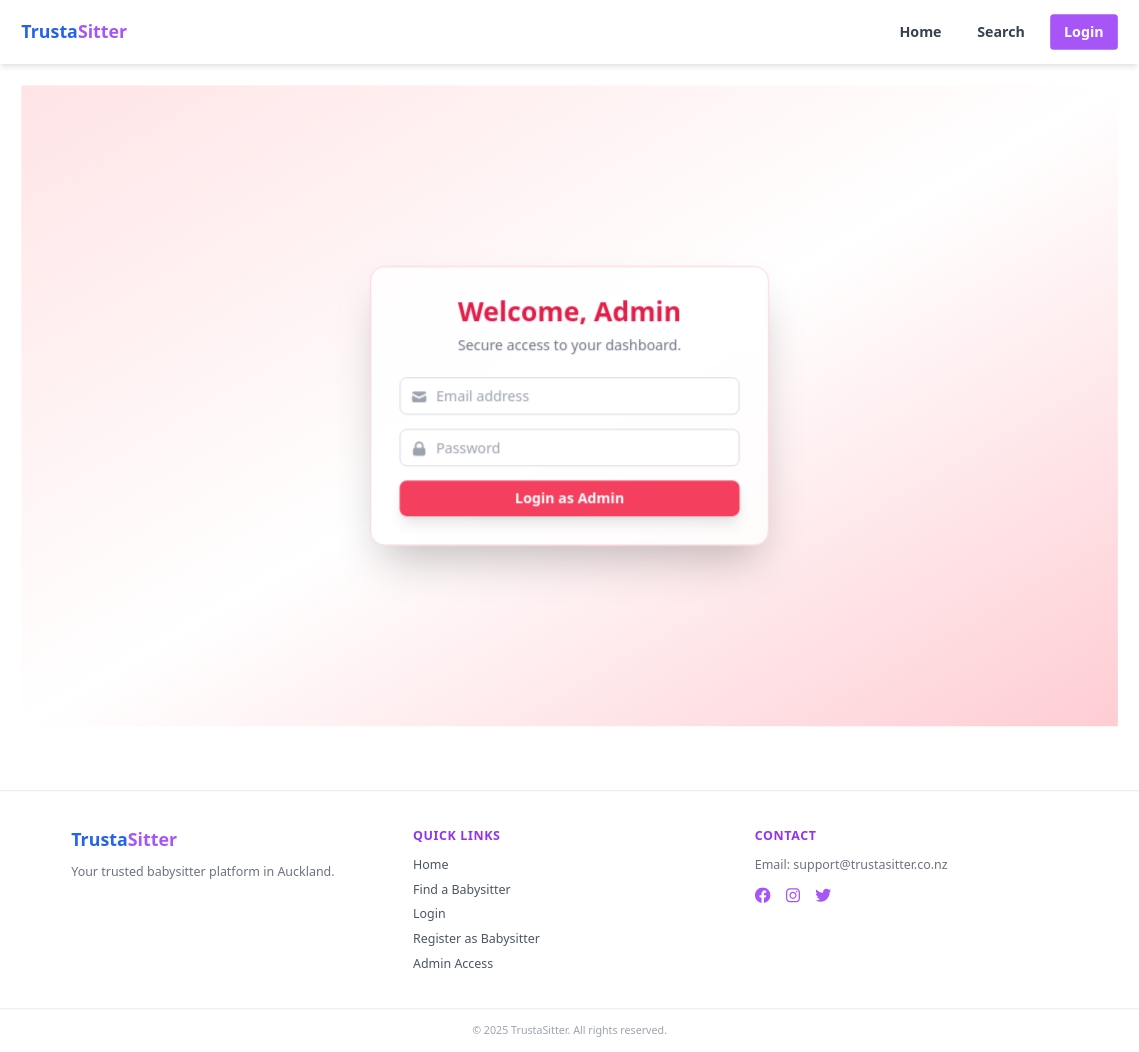
Repository: LargeWC-Code/TrustaSitter
Page: /admin-login (app in trustasitter-frontend/)
An editor plug-in stored every save of this project. The page is shown before and after the next save, followed by the edit.
The browser window is 1280 px wide. The pictures show the whole page, at 89% of full size.
The project was rebuilt for these pictures with package versions that can differ from the ones it lists, and the page was loaded fresh each time. A package was used in the major version that the imports need, not the one package.json lists. Also part of the build but not shown: trustasitter-frontend/vite.config.js, trustasitter-frontend/src/pages/Home.jsx, trustasitter-frontend/src/pages/Search.jsx, trustasitter-frontend/src/services/api.js, trustasitter-frontend/src/pages/Login.jsx, trustasitter-frontend/src/pages/Bookings.jsx, trustasitter-frontend/src/pages/ChooseRole.jsx, trustasitter-frontend/src/pages/RegisterBabysitter.jsx and 7 more.

Above is the page before, as saved 2025-07-03 17:01:03.

### trustasitter-frontend/index.html
<!doctype html>
<html lang="en">
  <head>
    <meta charset="UTF-8" />
    <link rel="icon" type="image/png" href="/image.png" />
    <meta name="viewport" content="width=device-width, initial-scale=1.0" />
    <title>TrustaSitter</title>
  </head>
  <body>
    <div id="root"></div>
    <script type="module" src="/src/main.jsx"></script>
  </body>
</html>

### trustasitter-frontend/src/main.jsx
import React from 'react';
import ReactDOM from 'react-dom/client';
import App from './App';
import './index.css'; // Importing global styles
import { BrowserRouter } from 'react-router-dom';
import { AuthProvider } from './context/AuthContext';

ReactDOM.createRoot(document.getElementById('root')).render(
  <React.StrictMode>
    <AuthProvider>
        <App />
      </AuthProvider>
    </React.StrictMode>
);

### trustasitter-frontend/src/App.jsx
// App.jsx – Router setup with Navbar
import React from 'react';
import { BrowserRouter as Router, Routes, Route } from 'react-router-dom';

import Navbar from './components/Navbar';
import Footer from './components/Footer';
import Home from './pages/Home';
import Search from './pages/Search';
import Login from './pages/Login';
import Bookings from './pages/Bookings';
import ChooseRole from './pages/ChooseRole';
import RegisterBabysitter from './pages/RegisterBabysitter';
import RegisterClient from './pages/RegisterClient';
import HomeClient from './pages/HomeClient';
import HomeBabysitter from './pages/HomeBabysitter';
import ProfileBabysitter from "./pages/ProfileBabysitter";
import ProfileClient from './pages/ProfileClient';
import ScrollToTop from './components/ScrollToTop';
import ProtectedRoute from './components/ProtectedRoute';
import AdminDashboard from "./pages/AdminDashboard";
import AdminLogin from './pages/AdminLogin';

const App = () => {
  return (
    <Router>
      <ScrollToTop />
      <Navbar />
      <div className="p-6">
        <Routes>
          {/* Admin Login */}
          <Route path="/admin-login" element={<AdminLogin />} />

          {/* Admin Protected */}
          <Route
            path="/admin"
            element={
              <ProtectedRoute allowedRoles={["admin"]}>
                <AdminDashboard />
              </ProtectedRoute>
            }
          />

          {/* Public Routes */}
          <Route path="/" element={<Home />} />
          <Route path="/search" element={<Search />} />
          <Route path="/login" element={<Login />} />
          <Route path="/choose-role" element={<ChooseRole />} />
          <Route path="/register-babysitter" element={<RegisterBabysitter />} />
          <Route path="/register-client" element={<RegisterClient />} />

          {/* Protected Routes for Clients */}
          <Route
            path="/homeclient"
            element={
              <ProtectedRoute allowedRoles={["user"]}>
                <HomeClient />
              </ProtectedRoute>
            }
          />
          <Route
            path="/bookings"
            element={
              <ProtectedRoute allowedRoles={["user"]}>
                <Bookings />
              </ProtectedRoute>
            }
          />
          <Route
            path="/profile-client"
            element={
              <ProtectedRoute allowedRoles={["user"]}>
                <ProfileClient />
              </ProtectedRoute>
            }
          />

          {/* Protected Routes for Babysitters */}
          <Route
            path="/home-babysitter"
            element={
              <ProtectedRoute allowedRoles={["babysitter"]}>
                <HomeBabysitter />
              </ProtectedRoute>
            }
          />
          <Route
            path="/profile"
            element={
              <ProtectedRoute allowedRoles={["babysitter"]}>
                <ProfileBabysitter />
              </ProtectedRoute>
            }
          />
        </Routes>
      </div>
      <Footer />
    </Router>
  );
};

export default App;

### trustasitter-frontend/src/context/AuthContext.jsx
import React, { createContext, useState, useEffect } from "react";

export const AuthContext = createContext();

export const AuthProvider = ({ children }) => {
  const [user, setUser] = useState(null);
  const [token, setToken] = useState(null);
  const [role, setRole] = useState(null);
  const [isLoading, setIsLoading] = useState(true); // Indicates that charging has not finished

  useEffect(() => {
    const storedToken = localStorage.getItem("token");
    const storedUser = localStorage.getItem("user");
    const storedRole = localStorage.getItem("role");
    if (storedToken && storedUser) {
      setToken(storedToken);
      setUser(JSON.parse(storedUser));
      setRole(storedRole);
    }
    setIsLoading(false); // Indicates that charging has finished
  }, []);

  const login = (data) => {
    setToken(data.token);
    setUser(data.user);
    setRole(data.role);
    localStorage.setItem("token", data.token);
    localStorage.setItem("user", JSON.stringify(data.user));
    localStorage.setItem("role", data.role);
  };

  const logout = () => {
    setToken(null);
    setUser(null);
    setRole(null);
    localStorage.removeItem("token");
    localStorage.removeItem("user");
    localStorage.removeItem("role");
  };

  return (
    <AuthContext.Provider value={{ user, token, role, isLoading, login, logout }}>
      {children}
    </AuthContext.Provider>
  );
};

### trustasitter-frontend/src/components/Navbar.jsx
import React, { useContext } from "react";
import { Link, useNavigate } from "react-router-dom";
import { AuthContext } from "../context/AuthContext";

function Navbar() {
  const { user, role, logout } = useContext(AuthContext);
  const navigate = useNavigate();

  const handleLogout = () => {
    logout();
    navigate("/");
  };

  return (
    <nav className="bg-white shadow-md px-6 py-4 flex justify-between items-center">
      {/* Logo */}
      <div className="text-xl font-bold">
        <Link to="/" className="text-xl font-bold">
          <span className="text-blue-600">Trusta</span>
          <span className="text-purple-500">Sitter</span>
        </Link>
      </div>

      {/* Navigation Links */}
      <div className="flex items-center gap-4">
        <Link
          to="/"
          className="text-gray-700 font-semibold px-3 py-2 rounded hover:bg-purple-50 hover:text-purple-600 transition"
        >
          Home
        </Link>
        {role !== "babysitter" && (
          <Link
            to="/search"
            className="text-gray-700 font-semibold px-3 py-2 rounded hover:bg-purple-50 hover:text-purple-600 transition"
          >
            Search
          </Link>
        )}

        {!user && (
          <Link
            to="/login"
            className="bg-purple-500 hover:bg-purple-600 text-white font-semibold px-4 py-2 rounded transition"
          >
            Login
          </Link>
        )}

        {user && (
          <>
            {/* Dashboard link based on role */}
            <Link
              to={role === "user" ? "/homeclient" : "/home-babysitter"}
              className="text-gray-700 font-semibold px-3 py-2 rounded hover:bg-purple-50 hover:text-purple-600 transition"
            >
              Dashboard
            </Link>

            {/* Profile link based on role */}
            <Link
              to={role === "user" ? "/profile-client" : "/profile"}
              className="text-gray-700 font-semibold px-3 py-2 rounded hover:bg-purple-50 hover:text-purple-600 transition"
            >
              My Profile
            </Link>

            <button
              onClick={handleLogout}
              className="bg-red-500 hover:bg-red-600 text-white font-semibold px-4 py-2 rounded transition"
            >
              Logout
            </button>
          </>
        )}
      </div>
    </nav>
  );
}

export default Navbar;

### trustasitter-frontend/src/components/Footer.jsx
import React from 'react';
import { Link } from 'react-router-dom';
import { FaFacebook, FaInstagram, FaTwitter } from 'react-icons/fa';

const Footer = () => {
  return (
    <footer className="bg-white border-t mt-12">
      <div className="max-w-6xl mx-auto px-4 py-10 grid md:grid-cols-3 gap-8 text-sm text-gray-600">
        {/* Logo and description */}
        <div>
          <h2 className="text-xl font-bold mb-3">
            <span className="text-blue-600">Trusta</span>
            <span className="text-purple-500">Sitter</span>
          </h2>
          <p className="text-gray-500">Your trusted babysitter platform in Auckland.</p>
        </div>

        {/* Quick Links */}
        <div>
          <h3 className="font-semibold mb-3 text-purple-600 uppercase tracking-wider">Quick Links</h3>
          <ul className="space-y-2">
            <li>
              <Link
                to="/"
                onClick={() => window.scrollTo(0, 0)}
                className="hover:underline hover:text-purple-600 transition"
              >
                Home
              </Link>
            </li>
            <li>
              <Link
                to="/search"
                onClick={() => window.scrollTo(0, 0)}
                className="hover:underline hover:text-purple-600 transition"
              >
                Find a Babysitter
              </Link>
            </li>
            <li>
              <Link
                to="/login"
                onClick={() => window.scrollTo(0, 0)}
                className="hover:underline hover:text-purple-600 transition"
              >
                Login
              </Link>
            </li>
            <li>
              <Link
                to="/register-babysitter"
                onClick={() => window.scrollTo(0, 0)}
                className="hover:underline hover:text-purple-600 transition"
              >
                Register as Babysitter
              </Link>
            </li>
            <li>
              <Link
                to="/admin-login"
                onClick={() => window.scrollTo(0, 0)}
                className="hover:underline hover:text-purple-600 transition"
              >
                Admin Access
              </Link>
              </li>
          </ul>
        </div>

        {/* Contact and socials */}
        <div>
          <h3 className="font-semibold mb-3 text-purple-600 uppercase tracking-wider">Contact</h3>
          <p className="text-gray-500">Email: support@trustasitter.co.nz</p>
          <div className="flex space-x-4 mt-4">
            <a href="#" className="text-purple-500 hover:text-purple-700 transition">
              <FaFacebook size={18} />
            </a>
            <a href="#" className="text-purple-500 hover:text-purple-700 transition">
              <FaInstagram size={18} />
            </a>
            <a href="#" className="text-purple-500 hover:text-purple-700 transition">
              <FaTwitter size={18} />
            </a>
          </div>
        </div>
      </div>
      <div className="text-center text-xs text-gray-400 py-4 border-t">
        © {new Date().getFullYear()} TrustaSitter. All rights reserved.
      </div>
    </footer>
  );
};

export default Footer;

### trustasitter-frontend/src/components/ScrollToTop.jsx
import { useEffect } from "react";
import { useLocation } from "react-router-dom";

export default function ScrollToTop() {
  const { pathname } = useLocation();

  useEffect(() => {
    window.scrollTo(0, 0);
  }, [pathname]);

  return null;
}
// This component will scroll to the top of the page whenever the pathname changes.

### trustasitter-frontend/src/pages/AdminLogin.jsx
import React, { useState, useContext } from "react";
import { useNavigate } from "react-router-dom";
import { AuthContext } from "../context/AuthContext";
import axios from "axios";
import { LockClosedIcon, MailIcon } from "@heroicons/react/solid";

const AdminLogin = () => {
  const [email, setEmail] = useState("");
  const [password, setPassword] = useState("");
  const [error, setError] = useState("");
  const navigate = useNavigate();
  const { login } = useContext(AuthContext);

  const handleSubmit = async (e) => {
    e.preventDefault();
    setError("");

    try {
      const response = await axios.post("http://localhost:3000/api/admin/login", {
        email,
        password,
      });

      const data = response.data;

      login({
        token: data.token,
        user: data.user,
        role: "admin",
      });

      navigate("/admin");
    } catch (err) {
      console.error("Admin login error:", err);
      setError("Invalid credentials. Please try again.");
    }
  };

  return (
    <main className="flex items-center justify-center min-h-screen bg-gradient-to-br from-rose-100 via-white to-rose-200">
      <div className="w-full max-w-md p-8 bg-white bg-opacity-80 backdrop-blur-md rounded-2xl shadow-2xl border border-rose-200 transition-transform transform hover:scale-[1.02]">
        <h2 className="text-3xl font-extrabold text-center mb-2 text-rose-600">
          Welcome, Admin
        </h2>
        <p className="text-center text-gray-500 mb-6">
          Secure access to your dashboard.
        </p>
        {error && (
          <p className="text-red-500 text-center mb-4">{error}</p>
        )}
        <form onSubmit={handleSubmit} className="space-y-4">
          <div className="relative">
            <MailIcon className="h-5 w-5 text-gray-400 absolute top-3 left-3" />
            <input
              type="email"
              value={email}
              onChange={(e) => setEmail(e.target.value)}
              className="w-full pl-10 pr-4 py-2 border border-gray-300 rounded-lg focus:outline-none focus:ring-2 focus:ring-rose-400"
              placeholder="Email address"
              required
            />
          </div>
          <div className="relative">
            <LockClosedIcon className="h-5 w-5 text-gray-400 absolute top-3 left-3" />
            <input
              type="password"
              value={password}
              onChange={(e) => setPassword(e.target.value)}
              className="w-full pl-10 pr-4 py-2 border border-gray-300 rounded-lg focus:outline-none focus:ring-2 focus:ring-rose-400"
              placeholder="Password"
              required
            />
          </div>
          <button
            type="submit"
            className="w-full bg-rose-500 hover:bg-rose-600 text-white py-2 rounded-lg font-semibold shadow-lg transform hover:-translate-y-0.5 transition"
          >
            Login as Admin
          </button>
        </form>
      </div>
    </main>
  );
};

export default AdminLogin;

Loaded but not shown: trustasitter-frontend/src/index.css (common file); trustasitter-frontend/tailwind.config.js (common file)

After the next save:
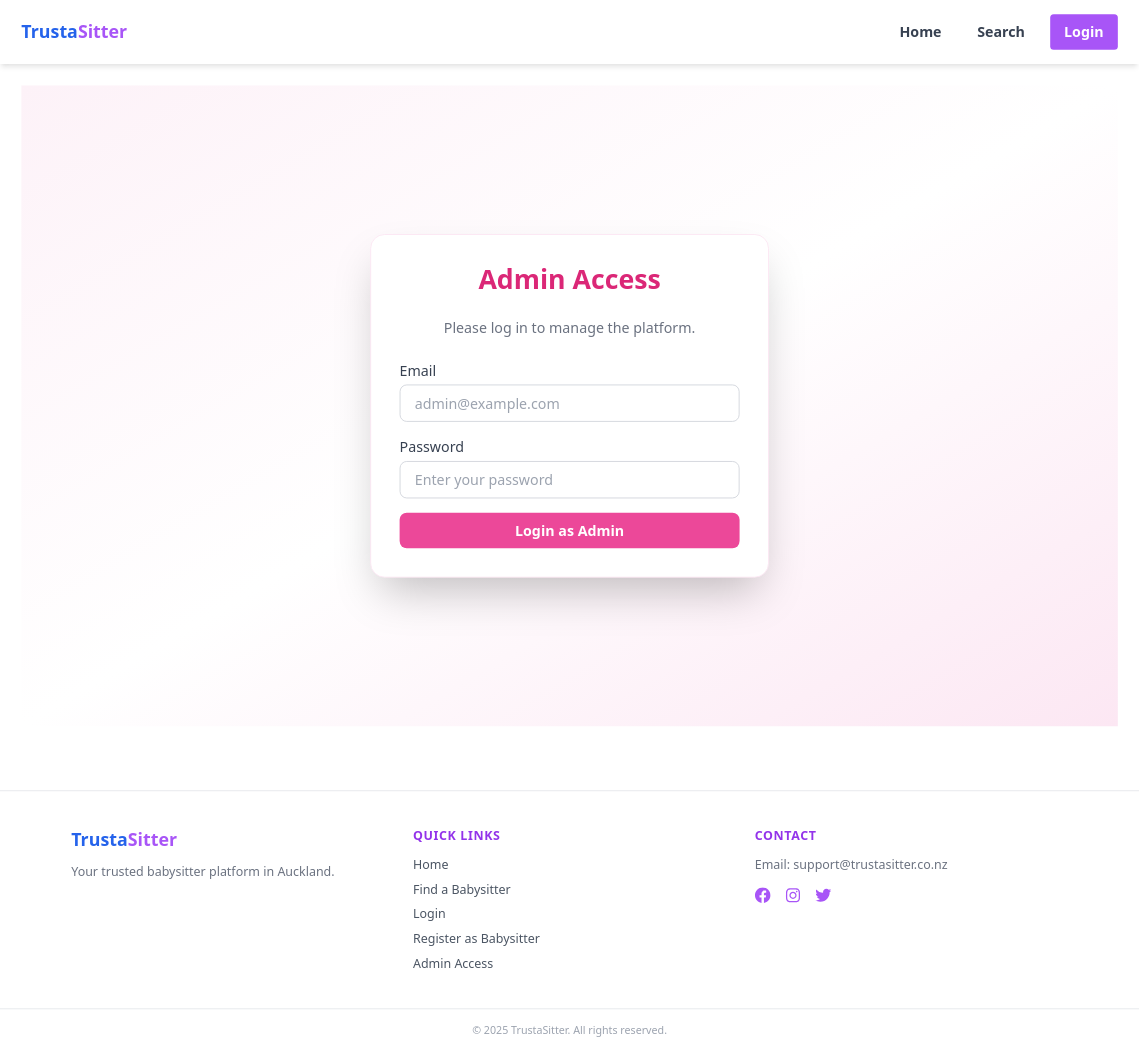
Saved 10 s later.
--- a/trustasitter-frontend/src/pages/AdminLogin.jsx
+++ b/trustasitter-frontend/src/pages/AdminLogin.jsx
@@ -2,7 +2,6 @@ import React, { useState, useContext } from "react";
 import { useNavigate } from "react-router-dom";
 import { AuthContext } from "../context/AuthContext";
 import axios from "axios";
-import { LockClosedIcon, MailIcon } from "@heroicons/react/solid";
 
 const AdminLogin = () => {
   const [email, setEmail] = useState("");
@@ -37,43 +36,43 @@ const AdminLogin = () => {
   };
 
   return (
-    <main className="flex items-center justify-center min-h-screen bg-gradient-to-br from-rose-100 via-white to-rose-200">
-      <div className="w-full max-w-md p-8 bg-white bg-opacity-80 backdrop-blur-md rounded-2xl shadow-2xl border border-rose-200 transition-transform transform hover:scale-[1.02]">
-        <h2 className="text-3xl font-extrabold text-center mb-2 text-rose-600">
-          Welcome, Admin
+    <main className="flex items-center justify-center min-h-screen bg-gradient-to-br from-pink-50 via-white to-pink-100">
+      <div className="w-full max-w-md p-8 bg-white rounded-2xl shadow-2xl border border-pink-100">
+        <h2 className="text-3xl font-extrabold text-center mb-6 text-pink-600">
+          Admin Access
         </h2>
         <p className="text-center text-gray-500 mb-6">
-          Secure access to your dashboard.
+          Please log in to manage the platform.
         </p>
         {error && (
           <p className="text-red-500 text-center mb-4">{error}</p>
         )}
         <form onSubmit={handleSubmit} className="space-y-4">
-          <div className="relative">
-            <MailIcon className="h-5 w-5 text-gray-400 absolute top-3 left-3" />
+          <div>
+            <label className="block mb-1 text-gray-700 font-medium">Email</label>
             <input
               type="email"
               value={email}
               onChange={(e) => setEmail(e.target.value)}
-              className="w-full pl-10 pr-4 py-2 border border-gray-300 rounded-lg focus:outline-none focus:ring-2 focus:ring-rose-400"
-              placeholder="Email address"
+              className="w-full px-4 py-2 border border-gray-300 rounded-lg focus:outline-none focus:ring-2 focus:ring-pink-400"
+              placeholder="admin@example.com"
               required
             />
           </div>
-          <div className="relative">
-            <LockClosedIcon className="h-5 w-5 text-gray-400 absolute top-3 left-3" />
+          <div>
+            <label className="block mb-1 text-gray-700 font-medium">Password</label>
             <input
               type="password"
               value={password}
               onChange={(e) => setPassword(e.target.value)}
-              className="w-full pl-10 pr-4 py-2 border border-gray-300 rounded-lg focus:outline-none focus:ring-2 focus:ring-rose-400"
-              placeholder="Password"
+              className="w-full px-4 py-2 border border-gray-300 rounded-lg focus:outline-none focus:ring-2 focus:ring-pink-400"
+              placeholder="Enter your password"
               required
             />
           </div>
           <button
             type="submit"
-            className="w-full bg-rose-500 hover:bg-rose-600 text-white py-2 rounded-lg font-semibold shadow-lg transform hover:-translate-y-0.5 transition"
+            className="w-full bg-pink-500 hover:bg-pink-600 text-white py-2 rounded-lg font-semibold transition"
           >
             Login as Admin
           </button>
